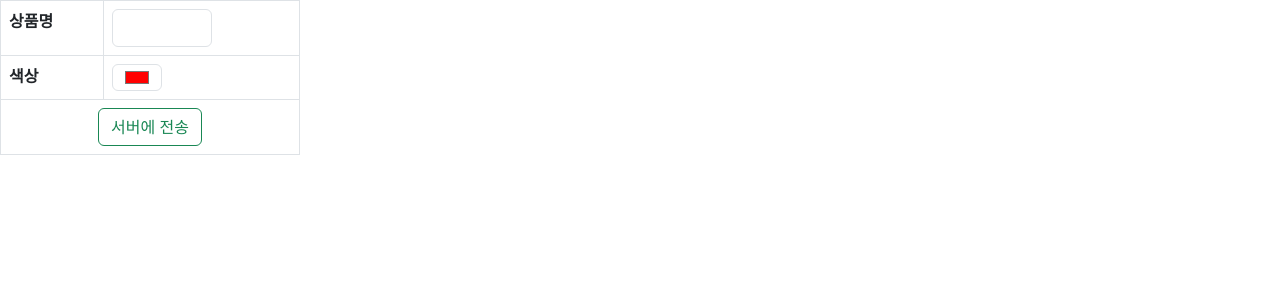
Repository: ssung2sin/sist0615_spring
Page: http://localhost/SpringMvcRead5/naver/form2
These files come from the project's save history. The page is drawn as it stood at one moment and after the next save; the edit follows.
The browser window is 1280 px wide. The pictures show the whole page.
Some web fonts or font styles are not loaded; a fallback is used. The page is served by Tomcat 9. Other server files are loaded and not shown.

Above is the page before, as saved 2023-10-10 06:44:43.

### SpringMvcRead5/src/main/webapp/WEB-INF/day1010/form2.jsp
<%@ page language="java" contentType="text/html; charset=UTF-8"
    pageEncoding="UTF-8"%>
<%@ taglib uri="http://java.sun.com/jsp/jstl/core" prefix="c"%>
<%@ taglib uri="http://java.sun.com/jsp/jstl/fmt" prefix="fmt"%>
<!DOCTYPE html>
<html>
<head>
<meta charset="UTF-8">
<link href="https://cdn.jsdelivr.net/npm/bootstrap@5.3.0/dist/css/bootstrap.min.css" rel="stylesheet">
<link href="https://fonts.googleapis.com/css2?family=Dongle:wght@300&family=Gaegu:wght@300&family=Nanum+Pen+Script&family=Sunflower:wght@300&display=swap" rel="stylesheet">
<script src="https://code.jquery.com/jquery-3.7.0.js"></script>
<title>Insert title here</title>
</head>
<body>
<form action="read2" method="post">
	<table class="table table-bordered" style="width: 300px;">
		<tr>
			<th wid>상품명</th>
			<td><input type="text" class="form-control" name="sang" style="width:100px;"></td>
		</tr>
		<tr>
			<th>색상</th>
			<td>
				<input type="color" name="color" value="#ff0000" class="form-control" style="width: 50px;">
			</td>
		</tr>
		<tr>
			<td colspan="2" align="center"><button type="submit" class="btn btn-outline-success">서버에 전송</button></td>
		</tr>
	</table>
</form>
</body>
</html>

After the next save:
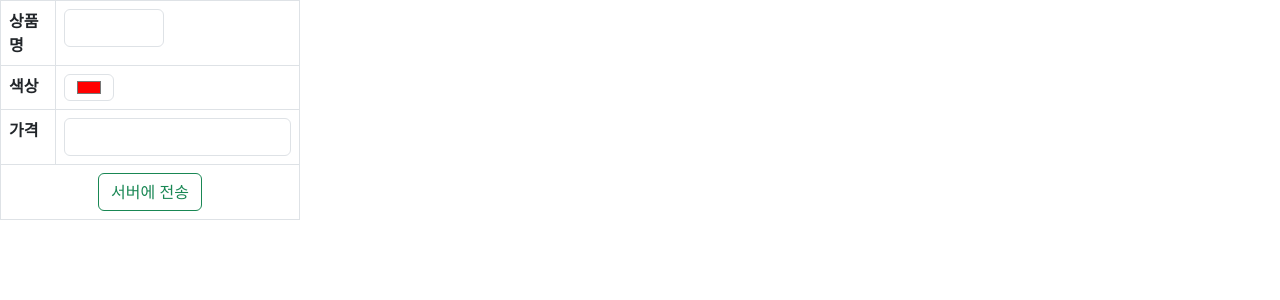
Saved 43 s later.
--- a/SpringMvcRead5/src/main/webapp/WEB-INF/day1010/form2.jsp
+++ b/SpringMvcRead5/src/main/webapp/WEB-INF/day1010/form2.jsp
@@ -25,6 +25,12 @@
 			</td>
 		</tr>
 		<tr>
+			<th>가격</th>
+			<td>
+				<input type="text" name="price" class="form-control">
+			</td>
+		</tr>
+		<tr>
 			<td colspan="2" align="center"><button type="submit" class="btn btn-outline-success">서버에 전송</button></td>
 		</tr>
 	</table>
